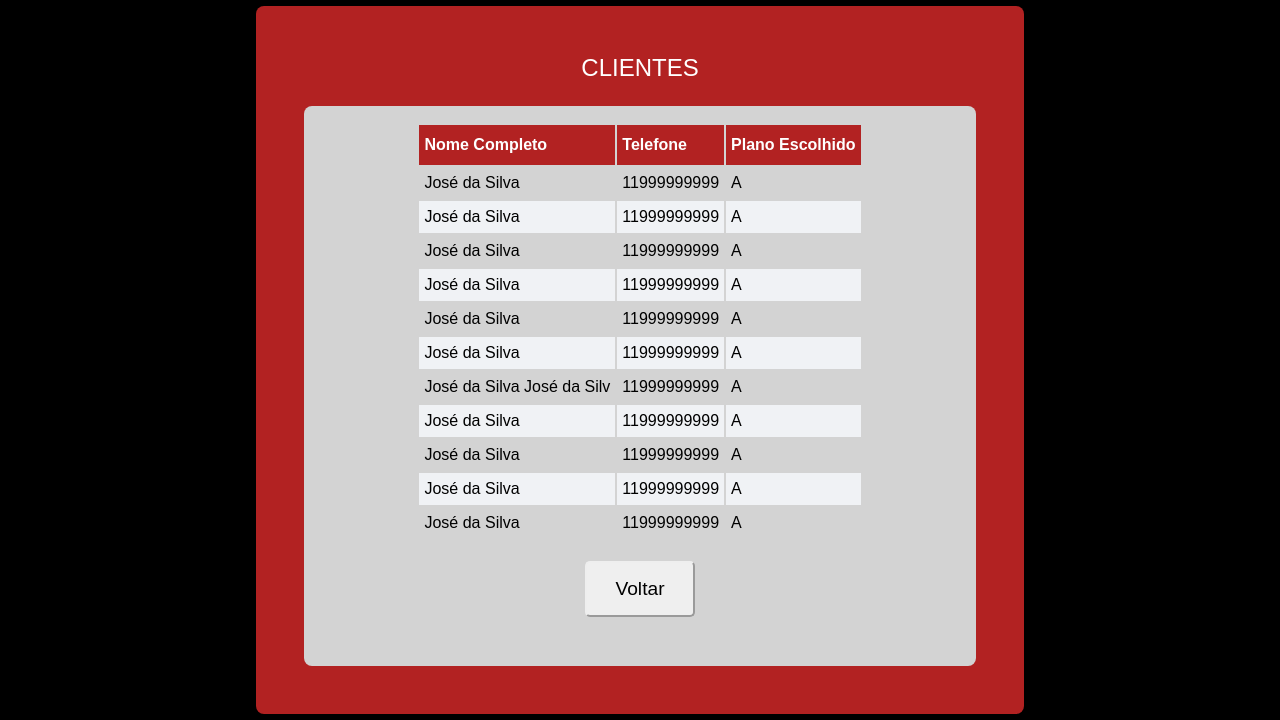
Repository: samantaProspero/projeto_integrador
Page: Versão Atual/PI_Vanila/clientes.html
An editor plug-in stored every save of this project. The page is shown before and after a run of saves, followed by the edit.
The browser window is 1280 px wide. The pictures show the whole page.

Above is the page before, as saved 2021-11-06 14:56:32.

After the next 4 saves:
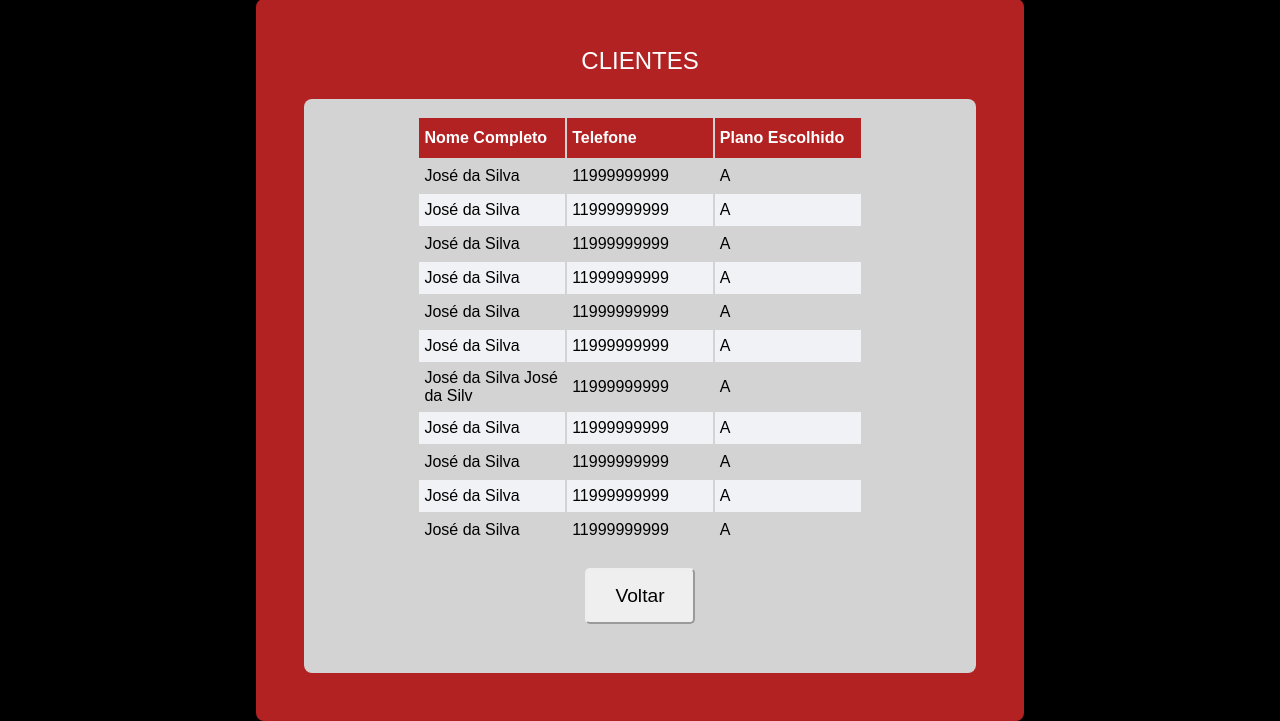
The 4 saves are shown as one change because they came seconds apart.
The last was saved 2 min 56 s later.
--- a/Versão Atual/PI_Vanila/_css/clientes.css
+++ b/Versão Atual/PI_Vanila/_css/clientes.css
@@ -62,6 +62,7 @@
 }
 .area-clientes table td{
   height: 2rem;
+  width: 30%;
 }
 
 .area-clientes tr:nth-child(even) {
